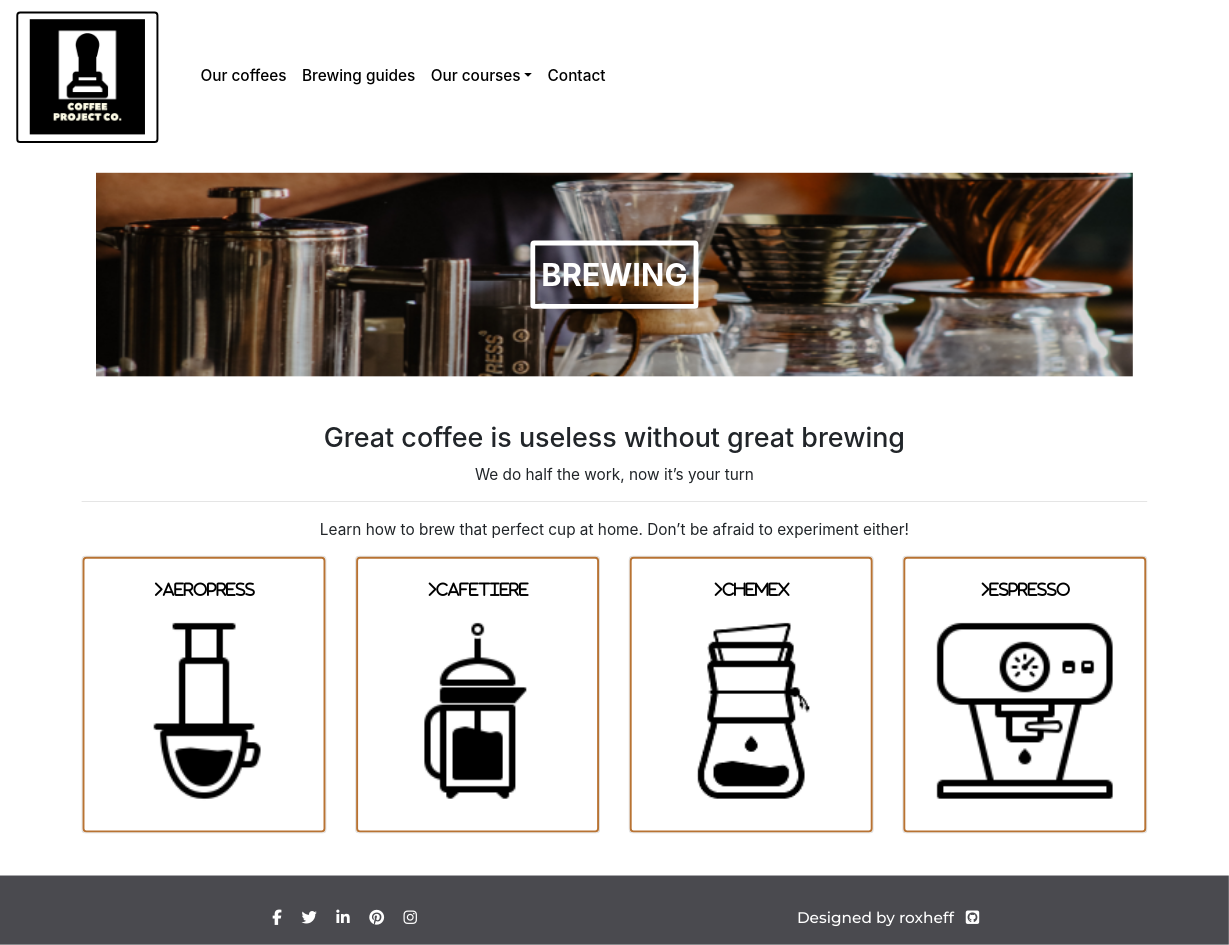
Repository: roxanahefferon/M1
Page: brewing.html
The author's editor kept a record of every edit. The page is drawn from the files as they stood at one moment, then again after the next edit.
The browser window is 1280 px wide. The pictures show the whole page, at 96% of full size.
Some web libraries are served in a nearby version.

Above is the page before.

After the next edit:
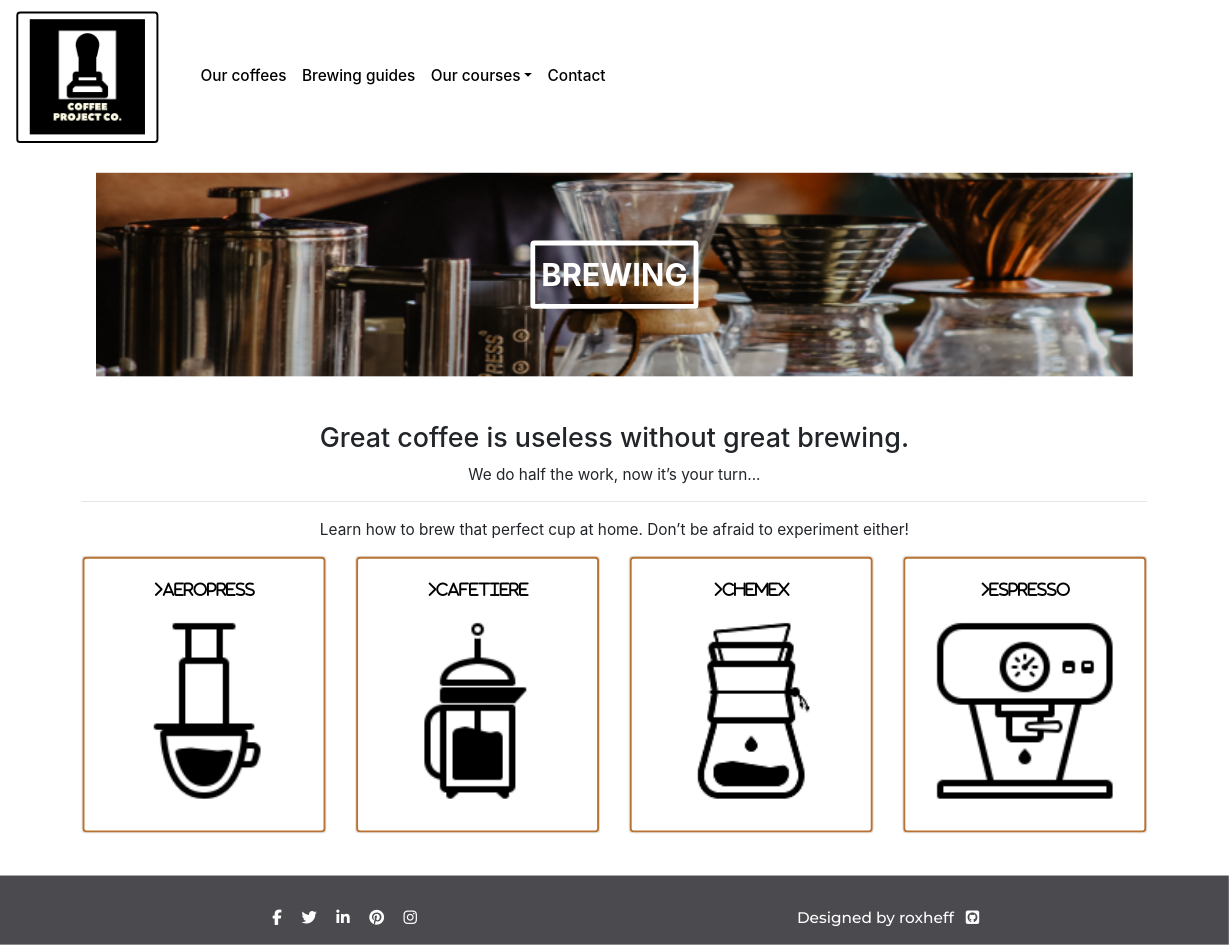
The edit:
--- a/brewing.html
+++ b/brewing.html
@@ -65,8 +65,8 @@
 <div class="container">
   <div class="row">
     <div class="col text-center">
-      <h3>Great coffee is useless without great brewing</h3>
-      <p>We do half the work, now it’s your turn</p>
+      <h3>Great coffee is useless without great brewing.</h3>
+      <p>We do half the work, now it’s your turn...</p>
       <hr>
       <p>Learn how to brew that perfect cup at home. Don’t be afraid to experiment either!</p>
     </div>
